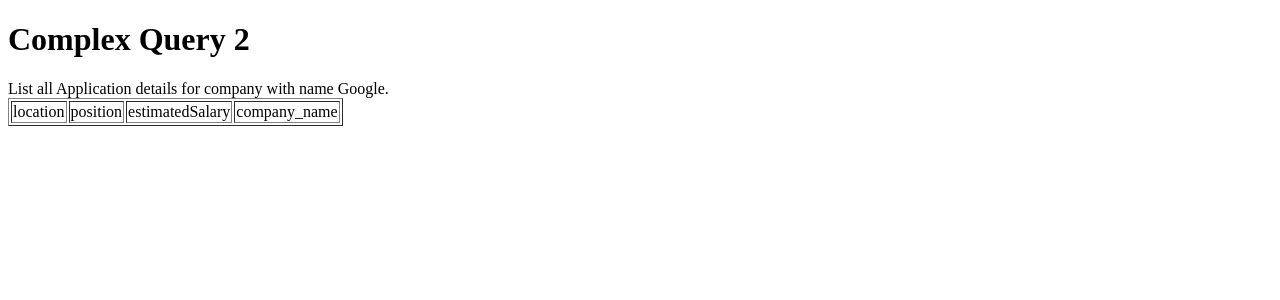
Repository: tanmaysarin/csjobdatabase
Page: http://localhost/CS480Demo/jsps/Queries/CQuery5.jsp
These files come from the project's save history. The page is drawn as it stood at one moment and after the next save; the edit follows.
The browser window is 1280 px wide. The pictures show the whole page.
The page is served by Tomcat 9. Other server files are loaded and not shown. Queries for data that is not in the repository find no rows.

Above is the page before, as saved 2020-08-02 01:52:45.

### CS480Demo/WebContent/jsps/Queries/CQuery5.jsp
<%@ page language="java" contentType="text/html; charset=UTF-8"
    pageEncoding="UTF-8"%>
<%@ taglib prefix="c" uri="http://java.sun.com/jsp/jstl/core" %>
<%@ taglib prefix="sql" uri="http://java.sun.com/jsp/jstl/sql" %>

<%@page import="java.sql.DriverManager"%>
<%@page import="java.sql.ResultSet"%>
<%@page import="java.sql.Statement"%>
<%@page import="java.sql.Connection"%>
<%
String id = request.getParameter("userid");
String driver = "com.mysql.cj.jdbc.Driver";
String connectionUrl = "jdbc:mysql://localhost:3306/csjobdatabase?useUnicode=true&useJDBCCompliantTimezoneShift=true&useLegacyDatetimeCode=false&serverTimezone=UTC";
//String database = "test";
String userid = "root";
String password = "Tanmay@01";
try {
Class.forName(driver);
} catch (ClassNotFoundException e) {
e.printStackTrace();
}
Connection connection = null;
Statement statement = null;
ResultSet resultSet = null;
%>


<!DOCTYPE html PUBLIC "-//W3C//DTD HTML 4.01 Transitional//EN" "http://www.w3.org/TR/html4/loose.dtd">
<html>
<head>
	<meta http-equiv="Content-Type" content="text/html; charset=UTF-8">

	<title>Complex Query 2</title>
</head>
<body>
	<h1>Complex Query 2</h1>

	List all Application details for company with name Google.


<table border="1">
<tr>

<td>location</td>
<td>position</td>
<td>estimatedSalary</td>
<td>company_name</td>

</tr>

<%
try{
connection = DriverManager.getConnection(connectionUrl, userid, password);
statement=connection.createStatement();
String sql ="select location, position, estimatedSalary, company_name " +
			"from applications " +
			"inner join companies " +
			"on companies.company_id = applications.company_id " +
			"and company_name = 'Google'; ";
resultSet = statement.executeQuery(sql);
while(resultSet.next()){
%>
<tr>
<td><%=resultSet.getString("location") %></td>
<td><%=resultSet.getString("position") %></td>
<td><%=resultSet.getString("estimatedSalary") %></td>
<td><%=resultSet.getString("company_name") %></td>
</tr>
<%
}
connection.close();
} catch (Exception e) {
e.printStackTrace();
}
%>
</table>
</body>
</html>

After the next save:
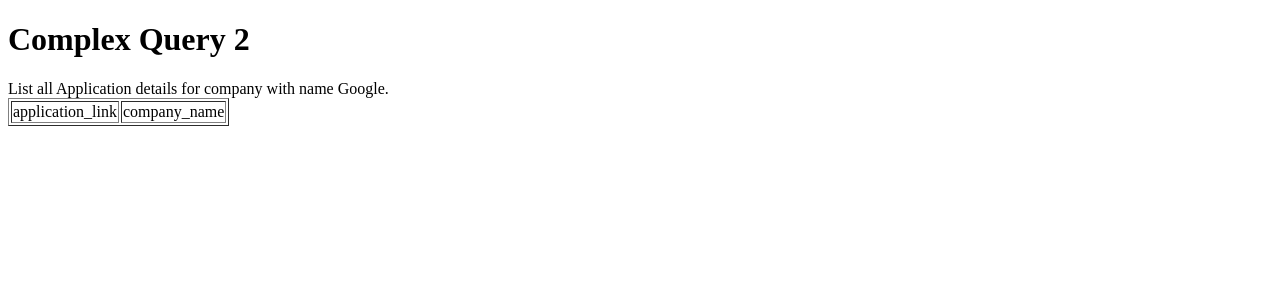
Saved 2 min 56 s later.
--- a/CS480Demo/WebContent/jsps/Queries/CQuery5.jsp
+++ b/CS480Demo/WebContent/jsps/Queries/CQuery5.jsp
@@ -41,9 +41,7 @@ ResultSet resultSet = null;
 <table border="1">
 <tr>
 
-<td>location</td>
-<td>position</td>
-<td>estimatedSalary</td>
+<td>application_link</td>
 <td>company_name</td>
 
 </tr>
@@ -52,18 +50,17 @@ ResultSet resultSet = null;
 try{
 connection = DriverManager.getConnection(connectionUrl, userid, password);
 statement=connection.createStatement();
-String sql ="select location, position, estimatedSalary, company_name " +
-			"from applications " +
+String sql ="select application_link, company_name " +
+			"from results " +
+			"inner join applications " +
+			"on applications.id = results.application_id " +
 			"inner join companies " +
-			"on companies.company_id = applications.company_id " +
-			"and company_name = 'Google'; ";
+			"on companies.company_id = applications.company_id;";
 resultSet = statement.executeQuery(sql);
 while(resultSet.next()){
 %>
 <tr>
-<td><%=resultSet.getString("location") %></td>
-<td><%=resultSet.getString("position") %></td>
-<td><%=resultSet.getString("estimatedSalary") %></td>
+<td><%=resultSet.getString("application_link") %></td>
 <td><%=resultSet.getString("company_name") %></td>
 </tr>
 <%
